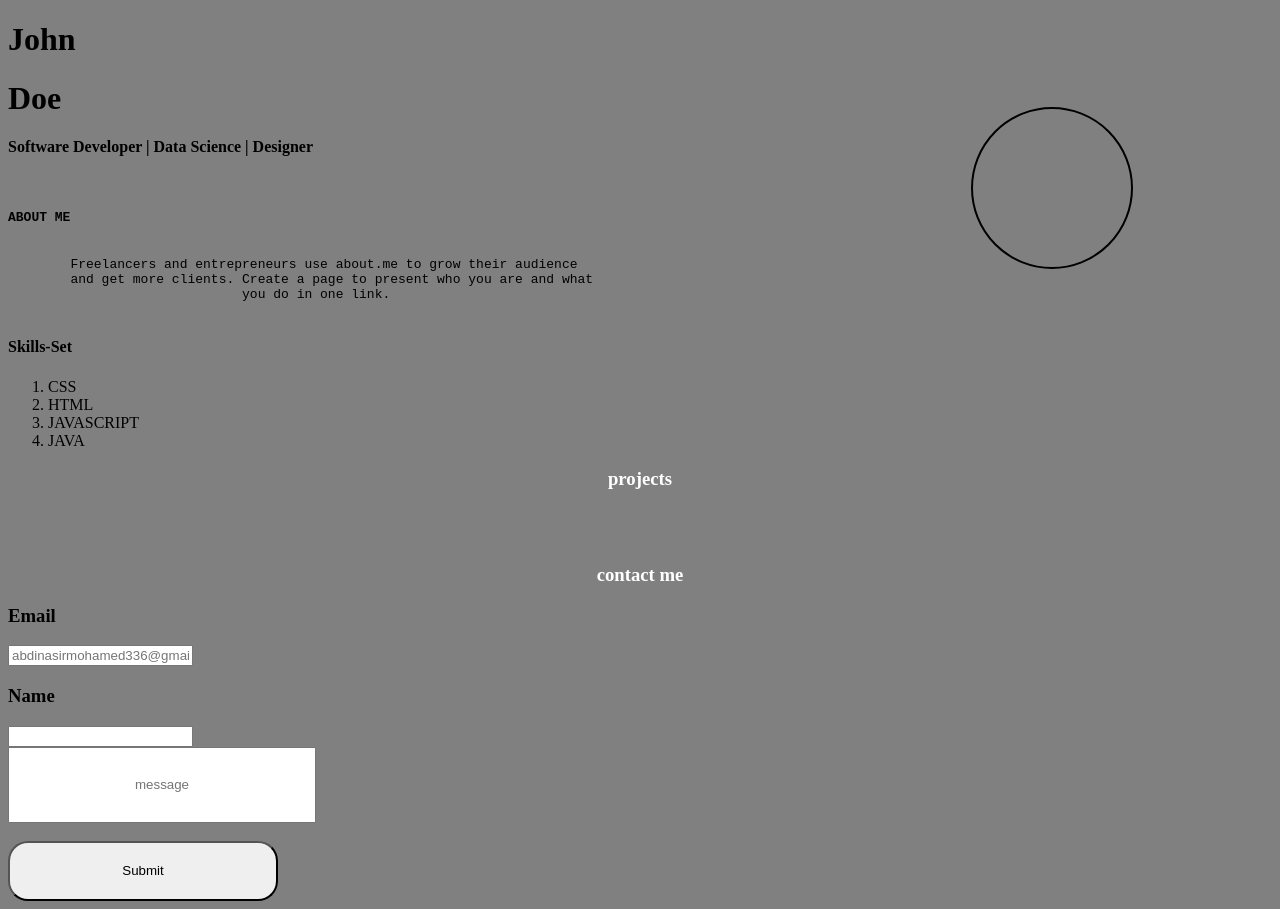
Repository: mrjayajay/week-1-code-challenges
Page: assignment/index.html
The author's editor kept a copy of each file at every save. The page is drawn from the files as they stood at one save, then again after the next save.
The browser window is 1280 px wide. The pictures show the whole page.

Above is the page before, as saved 2024-03-12 11:55:43.

### assignment/index.html
<!DOCTYPE html>
<html lang="en">
<head>
    <meta charset="UTF-8">
    <meta name="viewport" content="width=device-width, initial-scale=1.0">
    <title>ASSIGNMENT</title>
    <link rel="stylesheet" href="style.css">
</head>
<body>
    <h1>John</h1>
    <h1>Doe</H1>
    <div id="sof">
    <h4>Software Developer | Data Science | Designer</h4>
    </div>
     <div id="circ" class="list">
    <svg width="200" height="200">
    <circle cx="100" cy="100" r="80" fill="GREY" stroke="black" stroke-width="2"/></svg>

    </div>
    <div id="brief">
        <pre>
    <h4 id="head">ABOUT ME</h4>
        Freelancers and entrepreneurs use about.me to grow their audience
        and get more clients. Create a page to present who you are and what
                              you do in one link.
    </pre>
    </div>

    <h4>Skills-Set</h4>
    <ol>
        <li>CSS</li>
        <LI>HTML</LI>
        <LI>JAVASCRIPT</LI>
        <LI>JAVA</LI>
    </ol>
    <h3>projects</h3>
    <br>
    <div class="container1">
        <div class="box" id="box1"></div>
        <div class="box" id="box2"></div>
        <div class="box" id="box3"></div>
    </div>
    <br>
    <div class="container2">
    <div  class="box" id="box4"></div>
    <div class="box" id="box5"></div>
    <div class="box" id="box6"></div>
    </div>

    <h3>contact me</h3>

    <form>
        <div id="class">
            <h3 class="zenz">Email</h3>
            <input type="email" placeholder="abdinasirmohamed336@gmail.com" class="zenz">
        </div>
        <div id="class">
            <h3 class="zenz">Name</h3>
            <input type="text" class="zenz">
        </div>
        <div id="class">
            <input type="text" placeholder="message" id="brr" class="zenz">

        </div>
    <br>
    <div id="sub">
        <input type="submit" id="cnn" class="zenz">

    </div>
    </form>
</body>
</html>

### assignment/style.css
*{
    padding:0px
    margin:0px
}
body {
    background-color: grey;
    font-family: 'Times New Roman', Times, serif;
}
#name{
    color: white;
    margin-left: 40px;
}
h3{
    color: white;
    text-align: center;
}
.zenz{color: black;
text-align: left;
}
.frame{
    width:632px;
    height: 1813px;
    background-color: darkgrey;
    margin-left: 700px;
    top: -216px;
    left: -293px;
}
#brr{
    height: 70px;
    width: 300px;
    text-align: center;

}
#cnn{
    height: 60px;
    width: 270px;
    text-align: center;
    border-radius: 20px;
}
#circ{
    position: relative;
    float: right;
    bottom: 90px;
    right: 120px;
    margin-bottom: ;
}

After the next save:
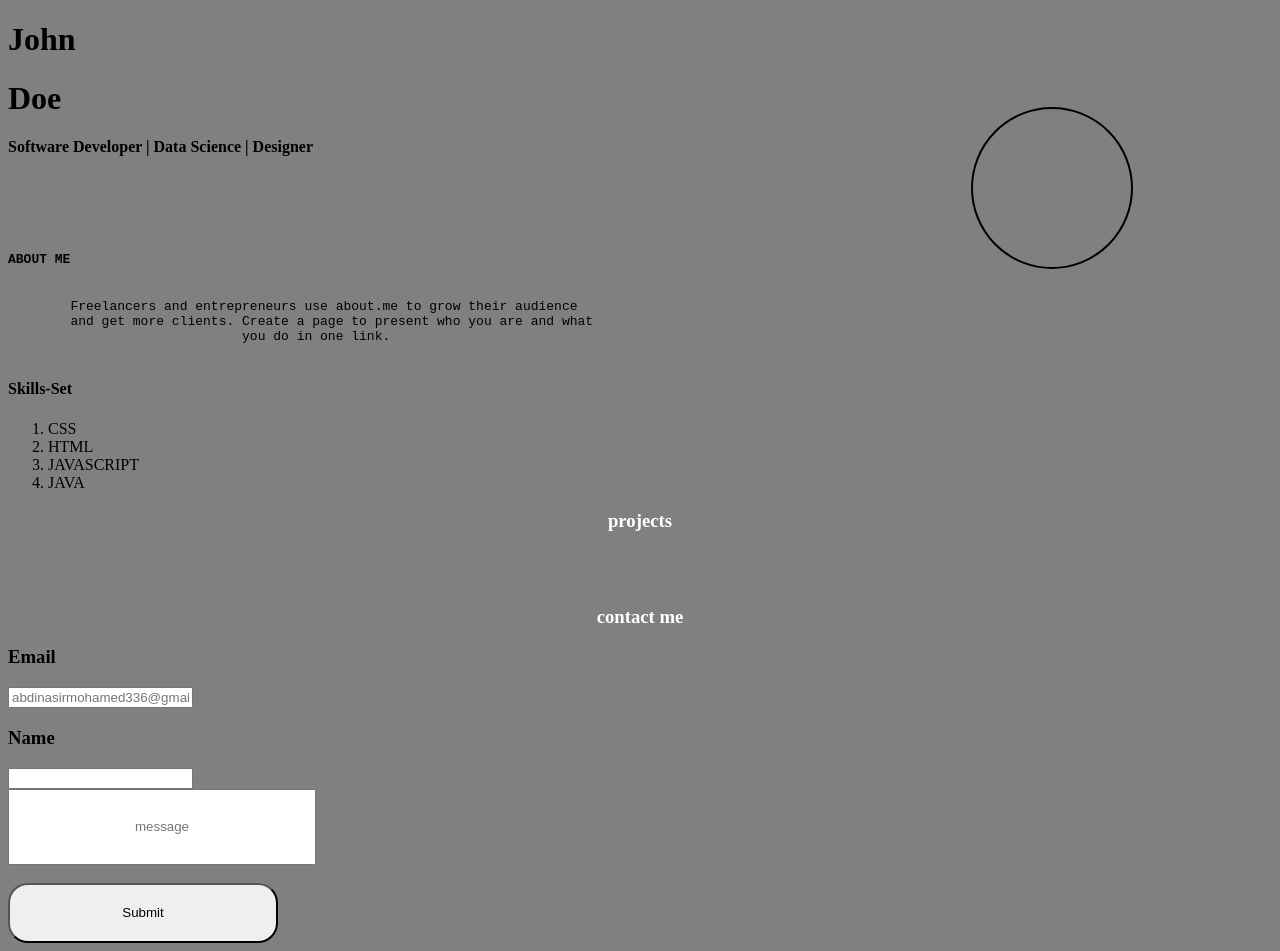
Saved 70 s later.
--- a/assignment/style.css
+++ b/assignment/style.css
@@ -42,5 +42,9 @@ text-align: left;
     float: right;
     bottom: 90px;
     right: 120px;
-    margin-bottom: ;
+    margin-bottom:3%;
 }
+#brief{
+    margin-top: 5%;
+
+}
